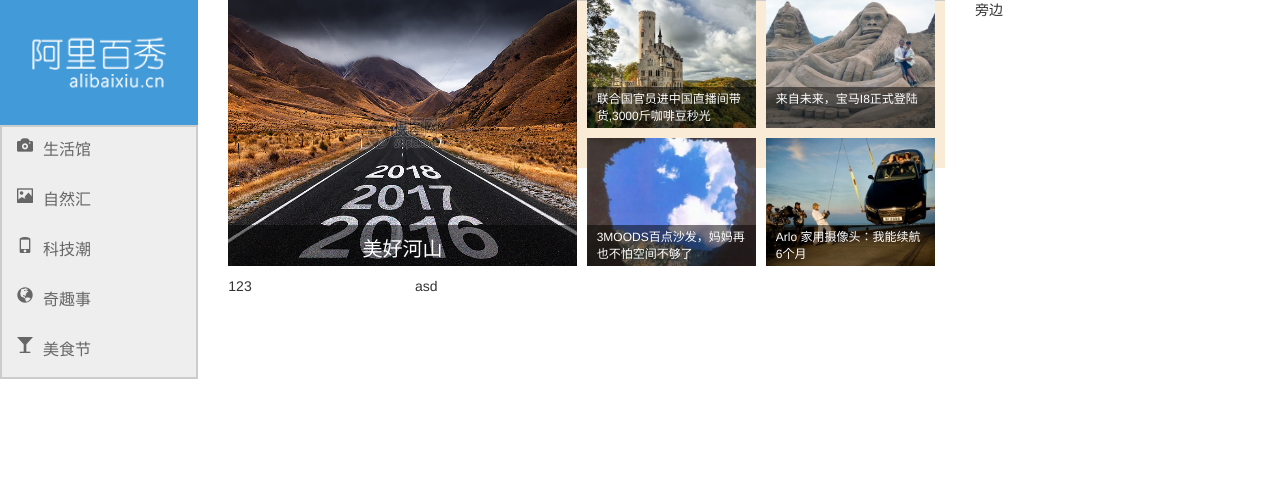
Repository: zhangwen001208/bootstrap-demo
Page: index.html
These files come from the project's save history. The page is drawn as it stood at one moment and after the next save; the edit follows.
The browser window is 1280 px wide. The pictures show the whole page.

Above is the page before, as saved 2022-09-08 15:39:41.

After the next save:
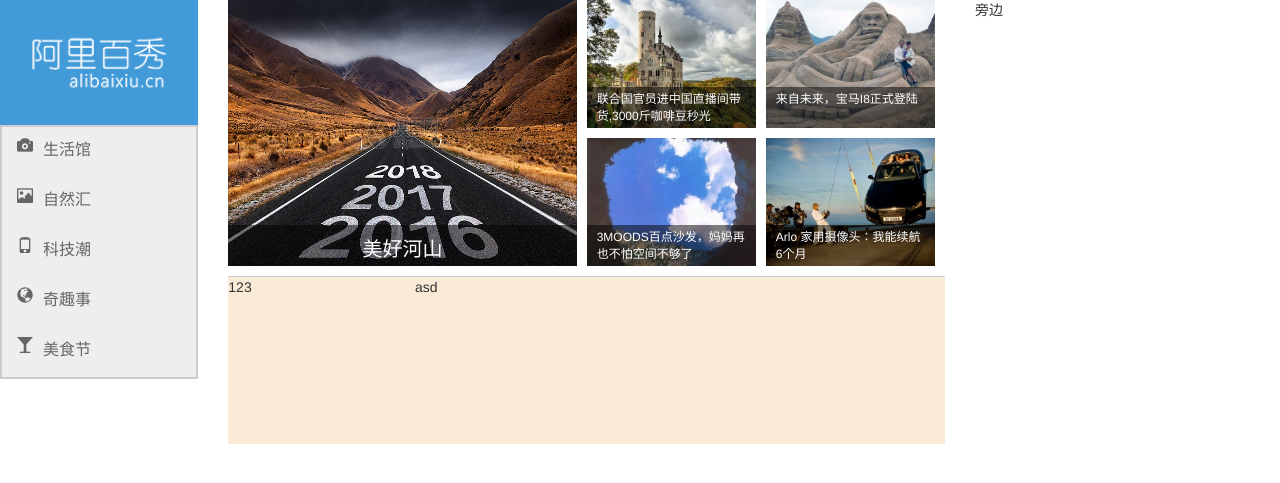
Saved 33 s later.
--- a/index.html
+++ b/index.html
@@ -37,9 +37,9 @@
                 </div>
 
             </header>
-            <article class="col-md-7 clearfix">
+            <article class="col-md-7 ">
              <div>
-                <ul class="item">
+                <ul class="item clearfix">
                     <li>
                         <a href="">
                         <img src="./images/news-1.jpg" alt="">
